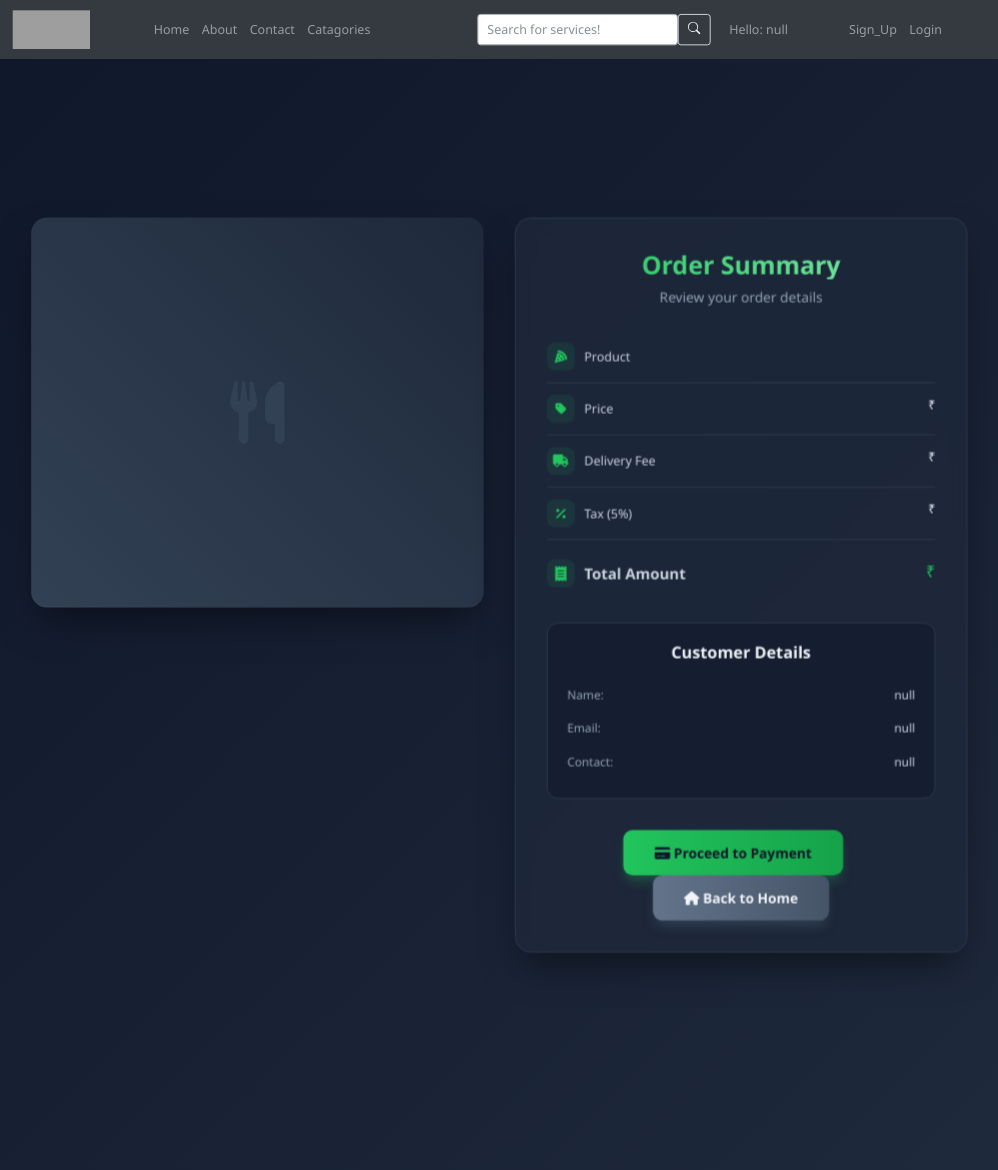
Repository: SAYAN-39/fooD
Page: http://localhost/jpa/WEB-INF/views/bill.jsp
The author's editor kept a copy of each file at every save. The page is drawn from the files as they stood at one save, then again after the next save.
The browser window is 1280 px wide. The pictures show the whole page, at 78% of full size.
Pictures or frames that could not be fetched are drawn as grey boxes. Some web libraries are served in a nearby version. The page is served by Tomcat 10. Nobody is signed in. The template is opened directly, without the code that normally fills it, so the values that code supplies are empty.

Above is the page before, as saved 2025-07-18 07:31:17.

After the next save:
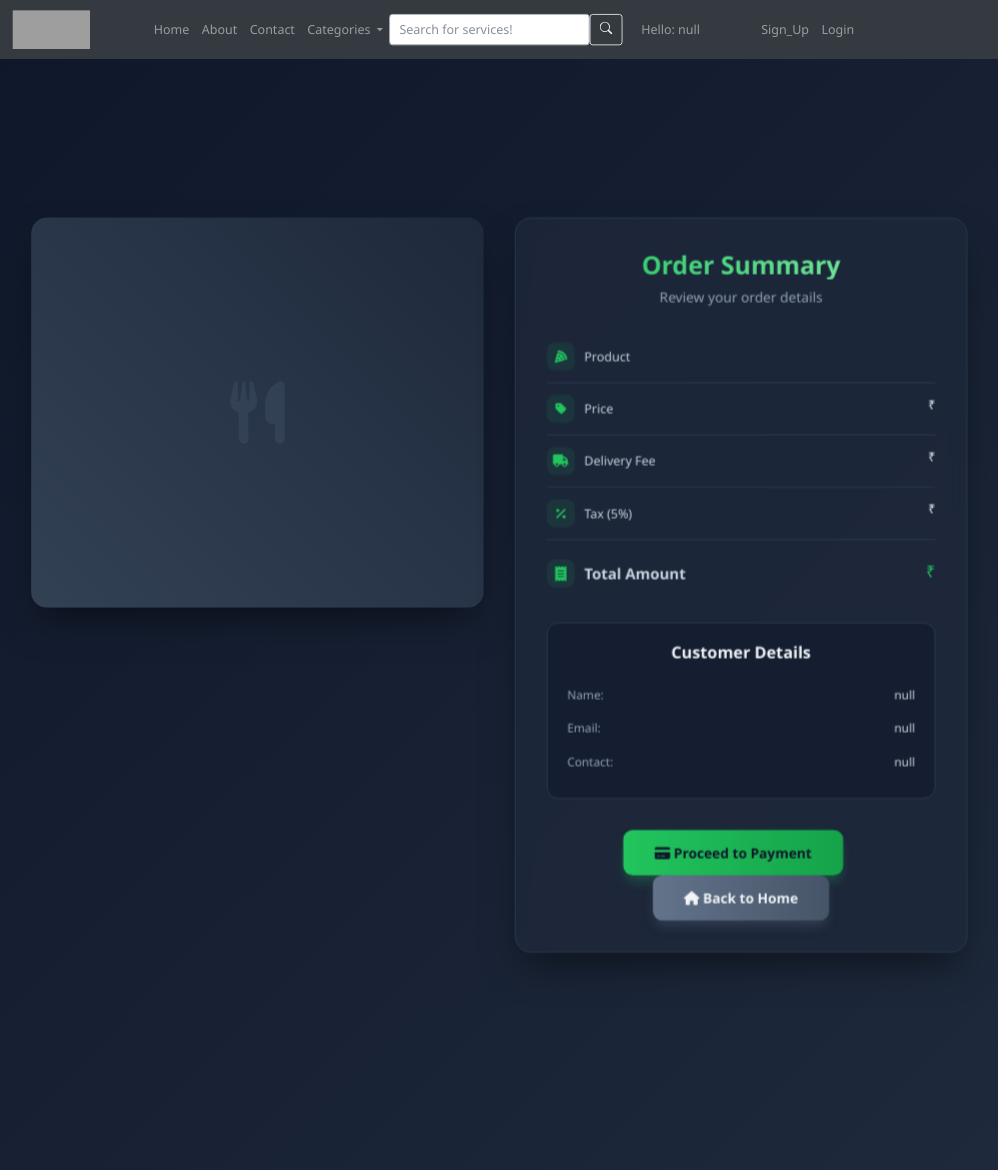
Saved 13 min 29 s later.
--- a/TempSBGP/jpa/src/main/webapp/WEB-INF/views/navbar.jsp
+++ b/TempSBGP/jpa/src/main/webapp/WEB-INF/views/navbar.jsp
@@ -24,9 +24,16 @@
      <li class="nav-item">
       <a class="nav-link" href="#">Contact
       </a></li>
-       <li class="nav-item">
-      <a class="nav-link" href="catview">Catagories   &nbsp&nbsp&nbsp&nbsp&nbsp&nbsp&nbsp&nbsp&nbsp&nbsp&nbsp&nbsp&nbsp&nbsp&nbsp&nbsp&nbsp&nbsp&nbsp&nbsp&nbsp&nbsp&nbsp&nbsp&nbsp&nbsp&nbsp&nbsp&nbsp&nbsp
-       </a>
+
+       <li class="nav-item dropdown">
+      <a class="nav-link dropdown-toggle" href="#" id="navbarDropdown" role="button" data-toggle="dropdown">
+        Categories
+      </a>
+      <div class="dropdown-menu" aria-labelledby="navbarDropdown">
+        <a class="dropdown-item" href="catview?type=gents">Gents</a>
+        <a class="dropdown-item" href="catview?type=ladies">Ladies</a>
+        <a class="dropdown-item" href="catview?type=kids">HandBags</a>
+      </div>
     </li>
 
     </li>
